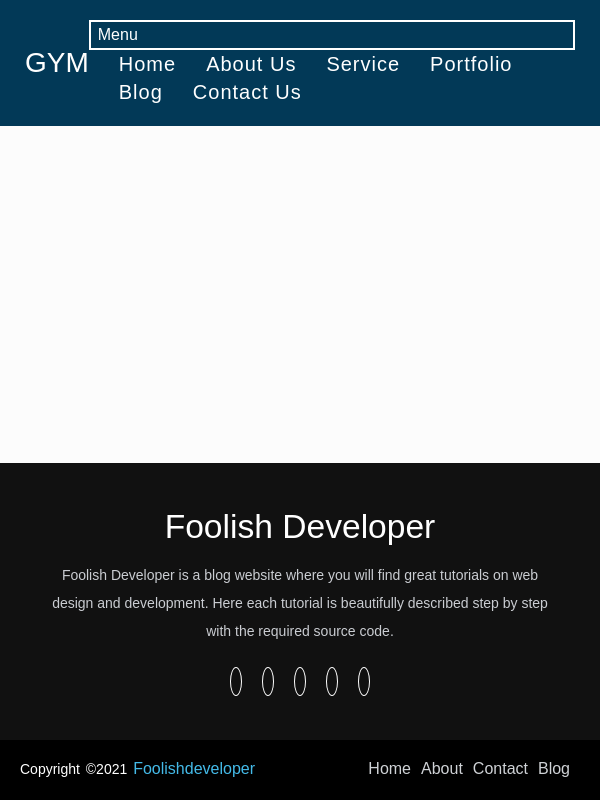
Repository: mcleanka/gym-management-system
Page: index.html
The author's editor kept a copy of each file at every save. The page is drawn from the files as they stood at one save, then again after the next save.
The browser window is 600 px wide. The pictures show the whole page.

Above is the page before, as saved 2022-07-01 17:00:39.

After the next save:
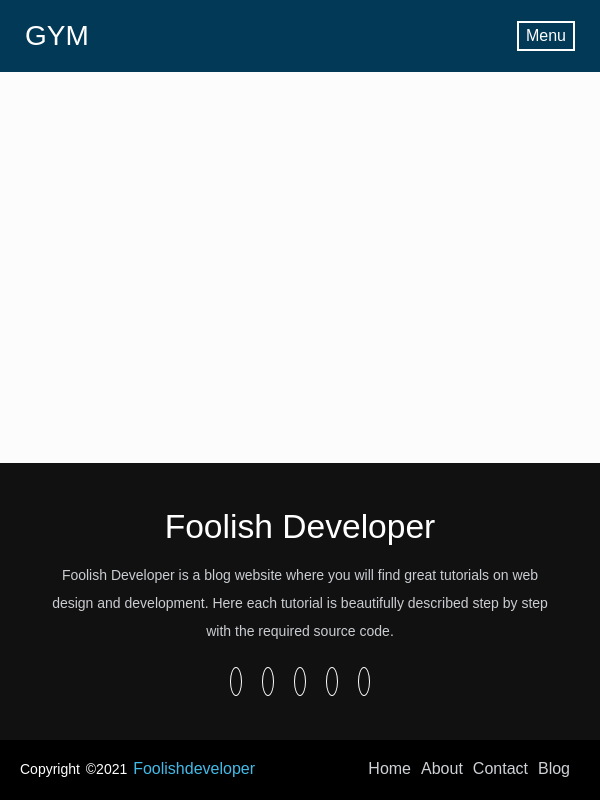
Saved 12 s later.
--- a/css/style.css
+++ b/css/style.css
@@ -131,6 +131,61 @@
      	}
      }
 
+     @media screen and (max-width: 767px) {
+     	.nav_ico {
+     		display: block;
+     		position: relative;
+     		z-index: 10;
+
+     	}
+
+     	.main_nav {
+     		position: fixed;
+     		left: 0;
+     		top: 70px;
+     		padding: 0;
+     		background: #032c43;
+     		z-index: 5;
+     		height: calc(100vh - 74px);
+     		width: calc(100% - 80px);
+     		transition: all 0.3s ease-out;
+     		transform: translateX(-100%);
+     	}
+
+     	.main_nav ul li {
+     		float: none;
+     		margin: 0 !important;
+     		padding: 0 !important;
+     		border-bottom: 1px solid;
+     		text-align: center;
+     	}
+
+     	.main_nav ul li a {
+     		display: block;
+     		color: #fff;
+     		padding: 15px;
+     	}
+
+     	.main_nav:after {
+     		content: "";
+     		position: absolute;
+     		left: 100%;
+     		top: 0;
+     		height: 100%;
+     		width: 0;
+     		background: rgba(0, 0, 0, 0.7);
+     	}
+
+     	.main_nav.active {
+     		transform: translateX(0%);
+     	}
+
+     	.main_nav.active:after {
+     		width: 1000%;
+     	}
+
+     }
+
      footer {
      	position: absolute;
      	bottom: 0;
